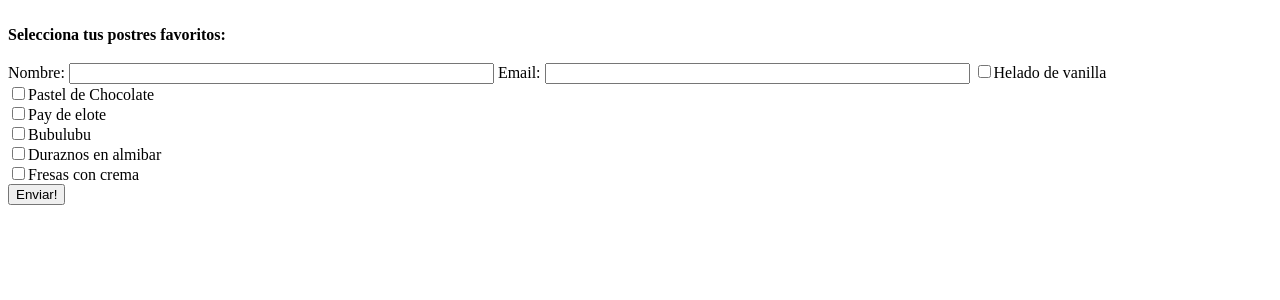
Repository: ebaglio/trabajophp
Page: http://localhost/ejercicioformularios.php
An editor plug-in stored every save of this project. The page is shown before and after the next save, followed by the edit.
The browser window is 1280 px wide. The pictures show the whole page.
The page is run by PHP 8.4 with error messages shown; the project is at /var/www/html/.

Above is the page before, as saved 2012-05-04 10:23:54.

After the next save:
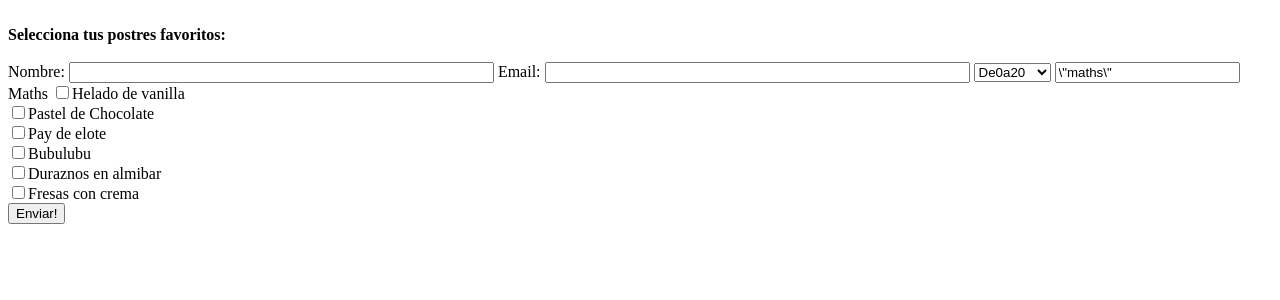
Saved 2 min 38 s later.
--- a/curso1/ejercicioformularios.php
+++ b/curso1/ejercicioformularios.php
@@ -8,6 +8,12 @@
 <form method="post" action="<?= $_SERVER['PHP_SELF'] ?>">
 <td>Nombre:</td><td> <input type=\"text\" name=\"name\" size=50></td>
 <td>Email:</td><td> <input type=\"text\" name=\"name\" size=50></td>
+<select name=\"Edad\">
+        <option value=\"De0a20\" selected>De0a20</option>
+    <option value=\"De20a60\">De20a60</option>
+    </select>
+
+<input type=\"radio\" name=\"subject\" value=\"maths\" /> Maths
 
 <input name="postre[]" type="checkbox"
  value="Helado de Vainilla">Helado de vanilla<br />
